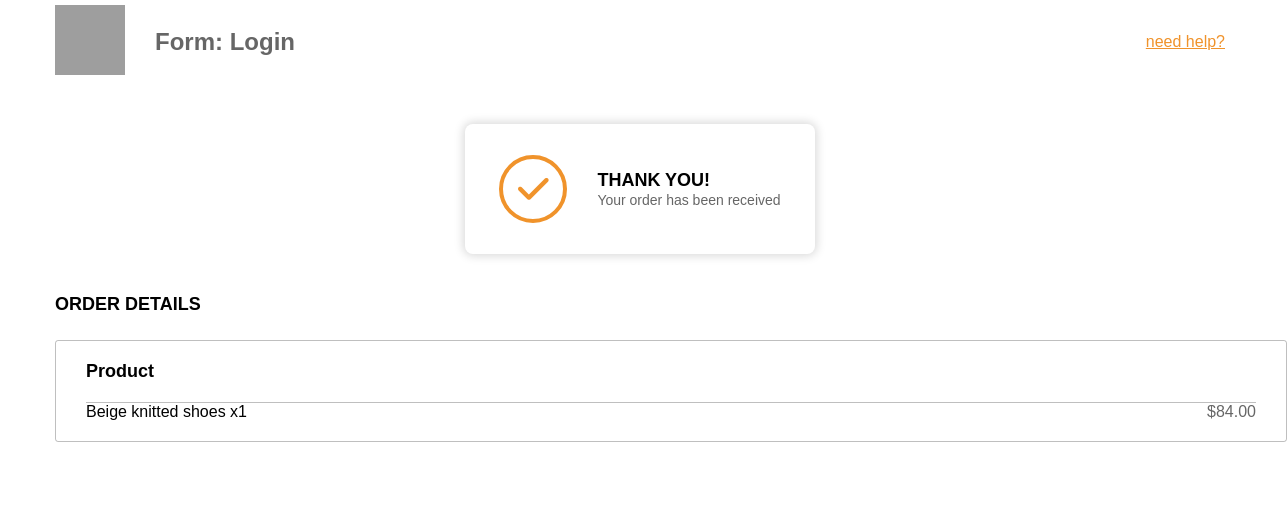
Repository: NguyenDucHung20002/project-homev1
Page: checkout/checkout.html
The author's editor kept a copy of each file at every save. The page is drawn from the files as they stood at one save, then again after the next save.
The browser window is 1280 px wide. The page is 1287 px wide, so the pictures cover 1287 px, including what lies to the right of the window. The pictures show the whole page.
Pictures or frames that could not be fetched are drawn as grey boxes. The style sheet was rebuilt from its Sass, Less or Tailwind sources for each picture, by a compiler version that may differ from the author's.

Above is the page before, as saved 2022-09-20 10:17:00.

### checkout/checkout.html
<!DOCTYPE html>
<html lang="en">

<head>
    <meta charset="UTF-8">
    <meta http-equiv="X-UA-Compatible" content="IE=edge">
    <meta name="viewport" content="width=device-width, initial-scale=1.0">
    <!-- <link rel="stylesheet" href="../reset.css"> -->
    <link rel="stylesheet" href="../fontawesome-free-6.1.2-web/css/all.min.css">
    <link rel="stylesheet" href="../dist/css/checkout.css">
    <title>Document</title>
    <link rel="icon" href="/icon/favicon.png">
</head>

<body>
    <header>
        <div class="header">
            <div class="container">
                <div class="header-right">
                    <a href="../homev1.html"><img
                            src="http://wp.0effortthemes.com/themes/veggie/wp-content/uploads/2016/06/header-v3-logo.png"
                            alt=""></a>
                    <h2 class="name-form">Form: Login</h2>
                </div>
                <div class="header-left">
                    <a href="" class="help">need help?</a>
                </div>
            </div>
        </div>
    </header>

    <div class="content">
        <div class="container">
            <div class="thank-you">
                <i class="fa-solid fa-check"></i>
                <div class="title">
                    <span><strong>THANK YOU!</strong></span><br>
                    <span>Your order has been received</span>
                </div>
            </div>
            <span class="title-order-details"><strong>ORDER DETAILS</strong></span>
            <div class="order-details">
                <span class="title-product"><strong>Product</strong></span>
                <div class="cart-items">
                    <div class="items">
                        <span class="name-items">
                            Beige knitted shoes x1
                        </span>
                        <span class="price-items">
                            $84.00
                        </span>
                    </div>
                </div>
            </div>
        </div>
    </div>

</body>

<script src="https://cdnjs.cloudflare.com/ajax/libs/jquery/3.6.0/jquery.min.js"
    integrity="sha512-894YE6QWD5I59HgZOGReFYm4dnWc1Qt5NtvYSaNcOP+u1T9qYdvdihz0PPSiiqn/+/3e7Jo4EaG7TubfWGUrMQ=="
    crossorigin="anonymous" referrerpolicy="no-referrer"></script>
<script src="./checkout.js"></script>

</html>

### checkout/checkout.js
// $(".btn-checkout").click((e) => {
//   e.preventDefault();
// });

### checkout/checkout.scss
* {
  font-family: "Poppins", sans-serif;
}
body {
  position: relative;
}
.container {
  margin: 0 auto;
  width: 1170px;
}
header {
  width: 100%;
  position: fixed;
  top: 0;
  left: 0;
  z-index: 10000;
  background-color: rgba(#ffffff, 0.8);
  .header {
    .container {
      display: flex;
      align-items: center;
      justify-content: space-between;
      padding: 5px;
      .header-right {
        display: flex;
        justify-content: flex-start;
        align-items: center;
        a {
          img {
            width: 70px;
            height: 70px;
          }
        }
        .name-form {
          color: #666;
          margin-left: 30px;
        }
      }
      .header-left {
        a {
          color: #f0932b;
        }
      }
    }
  }
}
.content {
  .container {
    background-color: #ffffff;
    margin-top: 84px;
    padding: 40px 0px;
    .thank-you {
      display: flex;
      align-items: center;
      justify-content: center;
      width: 350px;
      height: 130px;
      margin: 0 auto;
      border-radius: 8px;
      box-shadow: 0px 0px 10px 2px rgba(0, 0, 0, 0.15);
      i {
        color: #f0932b;
        text-align: center;
        line-height: 60px;
        width: 60px;
        height: 60px;
        border: 4px solid #f0932b;
        border-radius: 50%;
        font-size: 35px;
        font-weight: bold;
        margin-right: 30px;
      }
      .title {
        span {
          font-size: 14px;
          color: #666;
        }
        strong {
          color: black;
          font-size: 18px;
        }
      }
    }
    .title-order-details {
      display: inline-block;
      margin: 40px 0px 25px;
      color: black;
      font-size: 18px;
    }
    .order-details {
      width: 100%;
      border-radius: 3px;
      padding: 20px 30px;
      border: 0.5px solid rgba(0, 0, 0, 0.25);
      .title-product {
        display: inline-block;
        width: 100%;
        font-size: 18px;
        font-weight: bold;
        padding-bottom: 20px;
        border-bottom: 0.5px solid rgba(0, 0, 0, 0.25);
      }
      .cart-items {
        .items {
          display: flex;
          align-items: center;
          justify-content: space-between;
          .name-items {
          }
          .price-items {
            color: #666;
          }
        }
      }
    }
  }
}

Loaded but not shown: fontawesome-free-6.1.2-web/css/all.min.css (library)

After the next save:
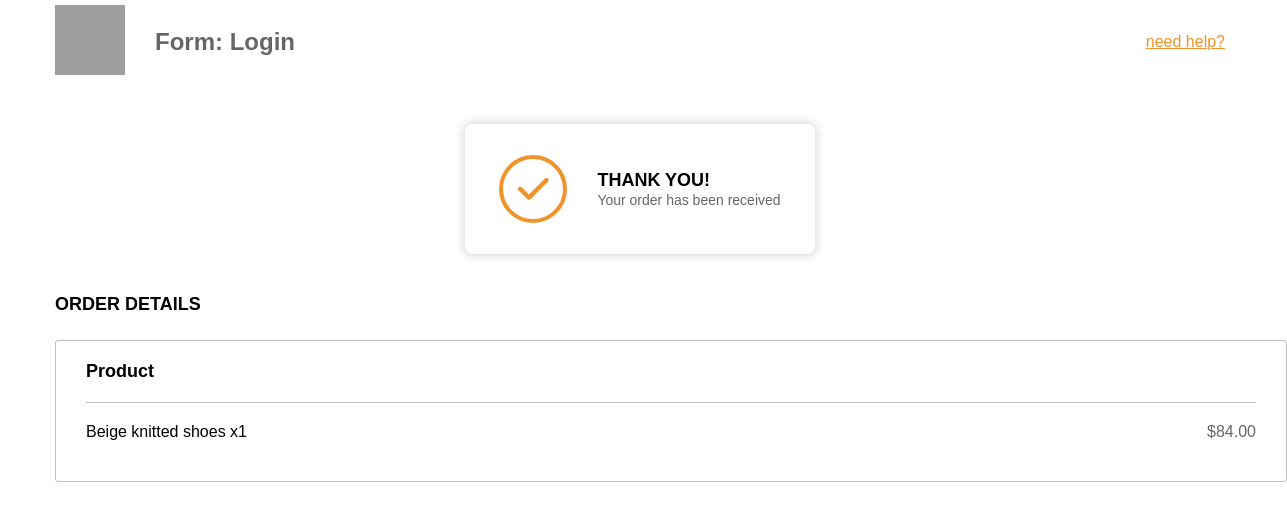
Saved 15 s later.
--- a/checkout/checkout.scss
+++ b/checkout/checkout.scss
@@ -105,6 +105,7 @@ header {
           display: flex;
           align-items: center;
           justify-content: space-between;
+          padding: 20px 0px;
           .name-items {
           }
           .price-items {
